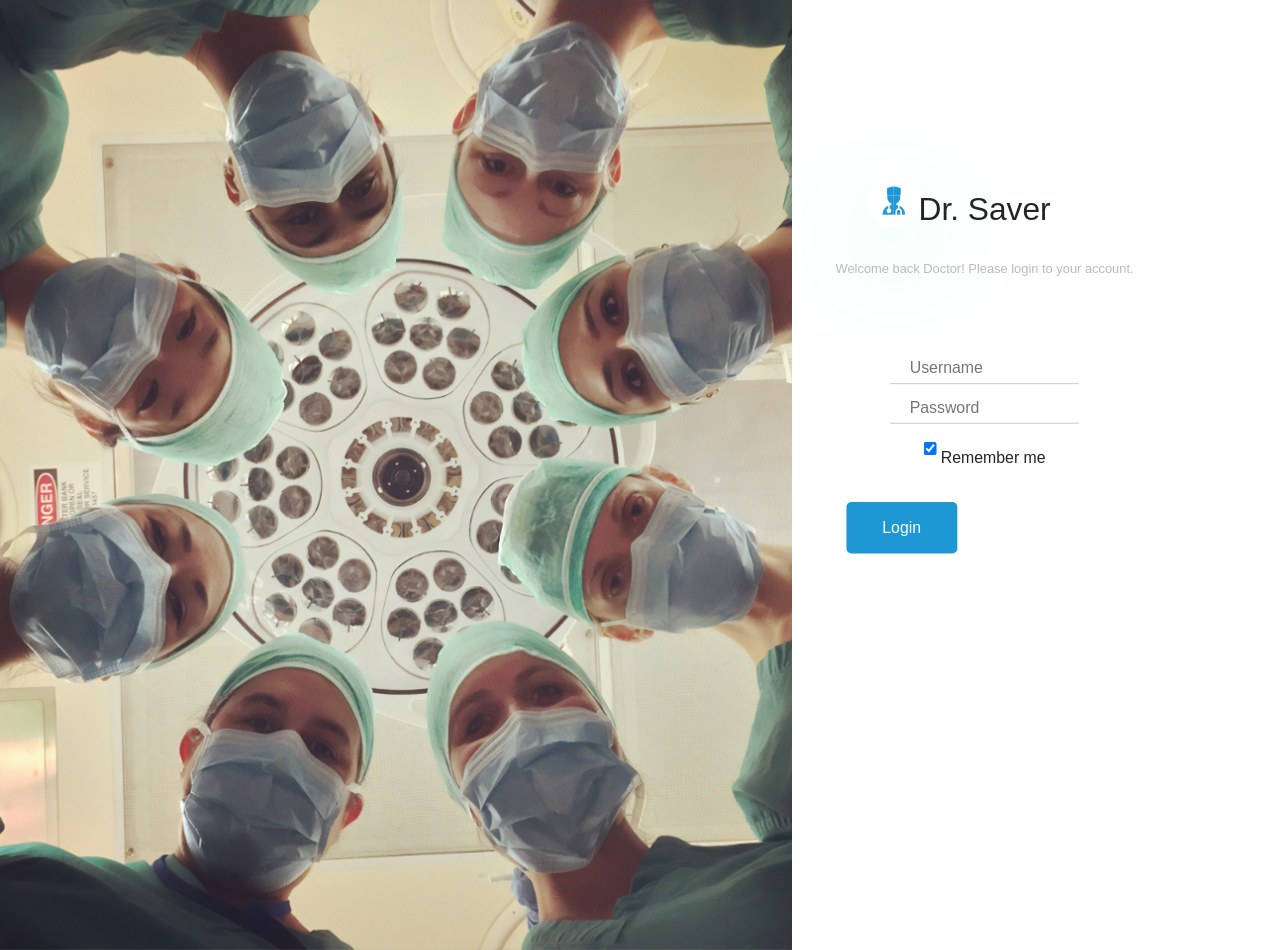
Repository: nsra/hadeel_doctor_system
Page: doctor/Dlogin.html
An editor plug-in stored every save of this project. The page is shown before and after a run of saves, followed by the edit.
The browser window is 1280 px wide. The page is 1295 px wide, so the pictures cover 1295 px, including what lies to the right of the window. The pictures show the whole page, at 99% of full size.
Some web fonts or font styles are not loaded; a fallback is used. Some web libraries are served in a nearby version.

Above is the page before, as saved 2022-03-29 16:45:06.

After the next 4 saves:
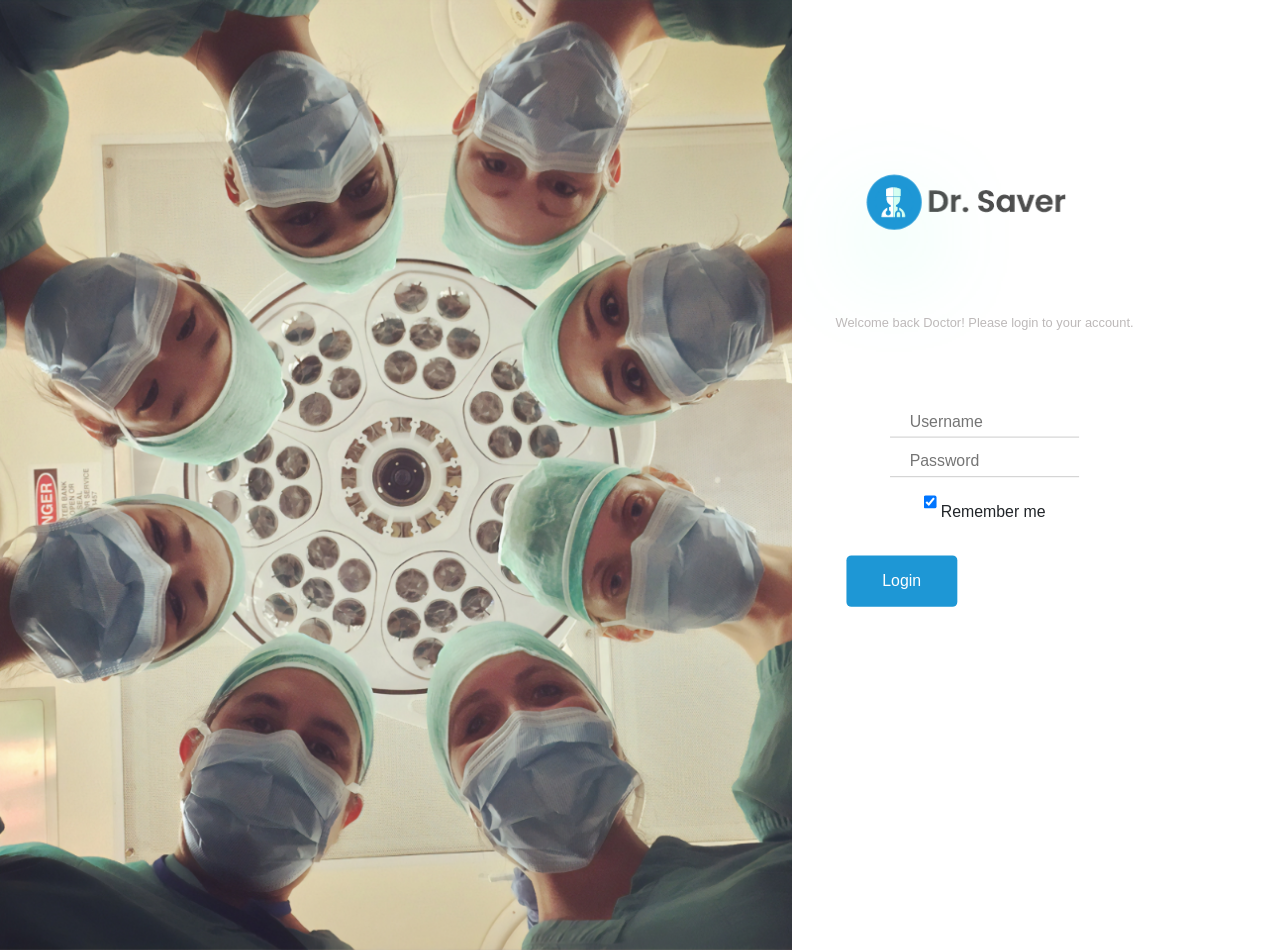
The 4 saves are shown as one change because they came seconds apart.
The last was saved 43 s later.
--- a/doctor/Dlogin.html
+++ b/doctor/Dlogin.html
@@ -20,9 +20,9 @@
 
         </div>
         <div class="col-6 float-left text-center">
-            <img class="fleft" src="../assets/img/drsaver.png"></img>
-            <div class="fright">
-            <h2>Dr. Saver </h2>
+            <img class="fleft" src="../assets/img/log1.png"></img>
+            <div class="fright pd-y">
+
               <br>
            <p  class="pcol">Welcome back Doctor! Please login to your account.</p>
 
